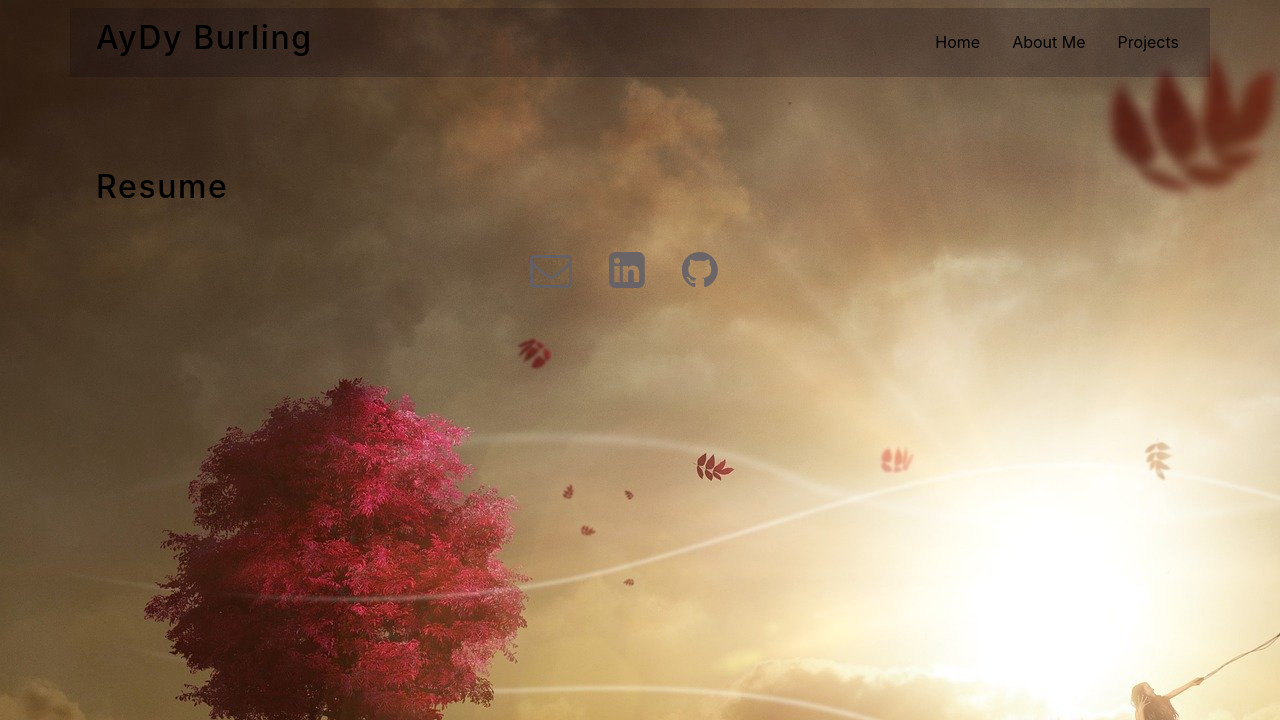
Repository: Dee1985/basic-portfolio
Page: contact.html
The author's editor kept a copy of each file at every save. The page is drawn from the files as they stood at one save, then again after the next save.
The browser window is 1280 px wide. The pictures show the whole page.

Above is the page before, as saved 2020-04-08 16:11:16.

After the next save:
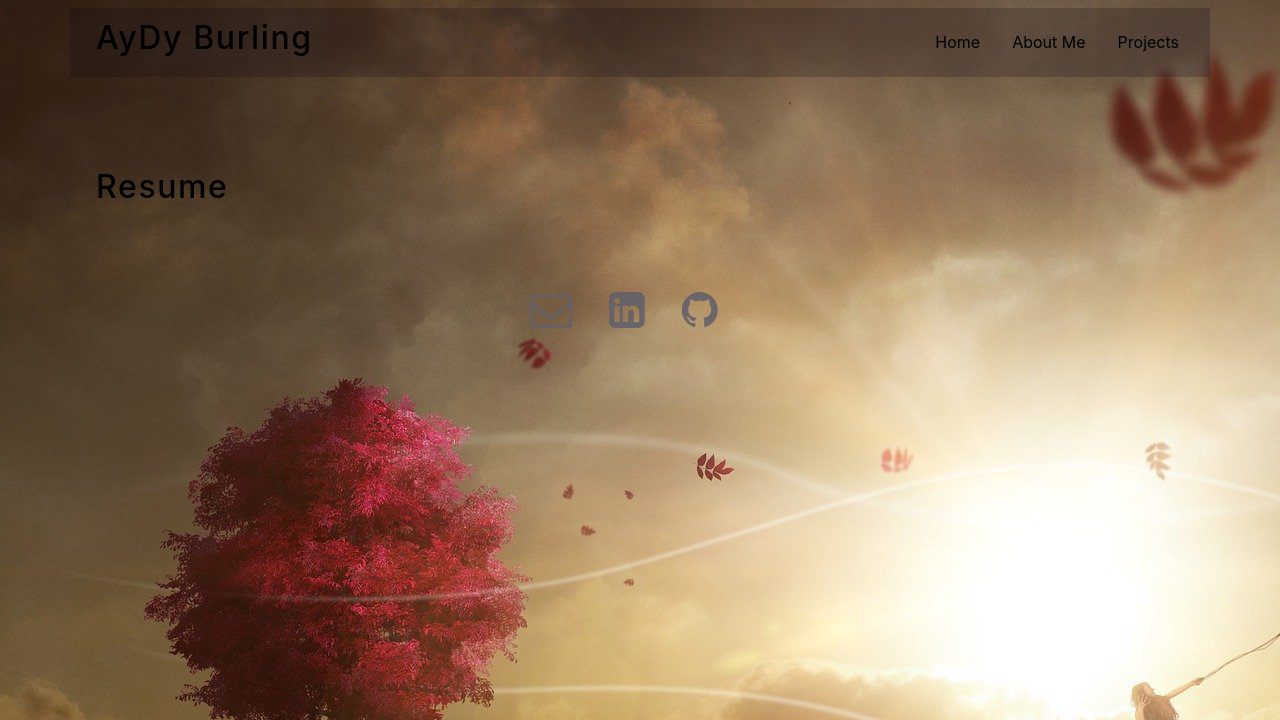
Saved 5 min 11 s later.
--- a/contact.html
+++ b/contact.html
@@ -45,7 +45,11 @@
         </div>
         <div class="row">
             <div class="col-md">
-
+             <ul class="resume">
+                <li id="resume">
+                    <a href="/Users/codeit/Desktop/projects/updated-portfolio-master/AyDy Burling Resume .pdf" style="text-decoration: none; color: inherit;";resume </a>
+                </li>
+            </ul>
             </div>
             </div>
             <footer align= "center";>
